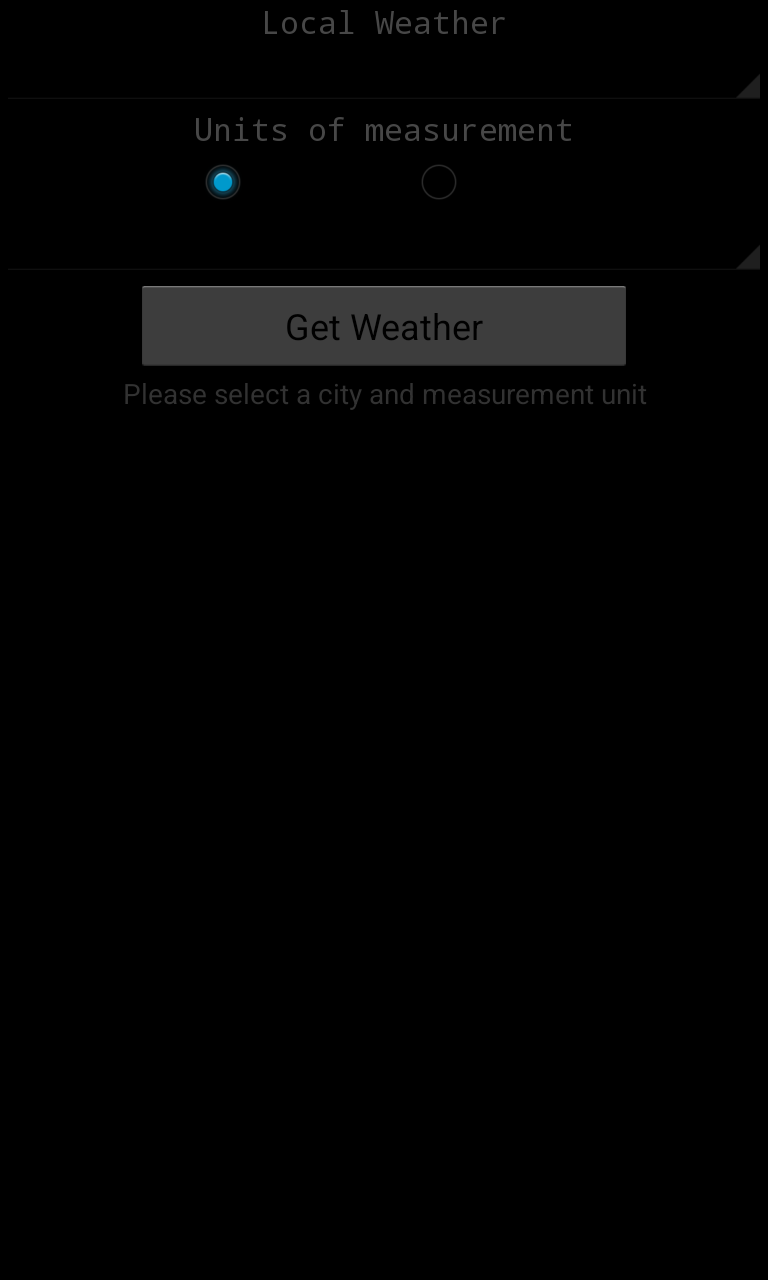
Repository: efreestone/Java1
Layout: Java1Project4/res/layout/activity_main.xml
An editor plug-in stored every save of this project. The layout is shown before and after the next save, followed by the edit.
It is drawn on a 768 x 1280 px phone screen (xhdpi) without system bars, with theme AppTheme; the app's code is not run.

Above is the layout before, as saved 2014-03-26 03:52:38.

### Java1Project4/res/layout/activity_main.xml
<?xml version="1.0" encoding="utf-8"?>
<LinearLayout xmlns:android="http://schemas.android.com/apk/res/android"
    android:id="@+id/parentView"
    android:layout_width="match_parent"
    android:layout_height="match_parent"
    android:orientation="vertical"
    style="@style/backgroundStyle">

    <!-- Top Linear Layout with controls -->
    <!-- <LinearLayout
        android:layout_width="match_parent"
        android:layout_height="wrap_content"
        android:orientation="horizontal"> -->

        <!-- Title -->
        <TextView
            android:layout_width="match_parent"
            android:layout_height="wrap_content"
            android:gravity="center"
            android:text="@string/titleString"
            style="@style/labelStyle"/>

        <!-- City Spinner -->
        <Spinner
            android:id="@+id/citySpinner"
            android:layout_width="match_parent"
            android:layout_height="wrap_content"/>

        <!-- Measurement Title -->
        <TextView
            android:layout_width="match_parent"
            android:layout_height="wrap_content"
            android:gravity="center"
            android:text="@string/measureTitleString"
            style="@style/labelStyle"/>

        <!-- Measurement Radio Buttons -->
        <RadioGroup
            android:id="@+id/tempUnitRadioGroup"
            android:layout_width="wrap_content"
            android:layout_height="wrap_content"
            android:layout_gravity="center"
            android:orientation="horizontal" >

            <RadioButton
                android:id="@+id/fahrenheitRadio"
                android:layout_width="match_parent"
                android:layout_height="wrap_content"
                android:text="@string/fahrenheitString"
                android:checked="true"/>

            <RadioButton
                android:id="@+id/celsiusRadio"
                android:layout_width="match_parent"
                android:layout_height="wrap_content"
                android:text="@string/celsiusString"/>
        </RadioGroup>

        <!-- Current Spinner -->
        <Spinner
            android:id="@+id/currentSpinner"
            android:layout_width="match_parent"
            android:layout_height="wrap_content"
            android:dropDownVerticalOffset="-45dp"
            android:popupBackground="@android:color/darker_gray"/>

        <!-- Get Weather Button -->
        <Button
            android:id="@+id/weatherButton"
            android:layout_width="wrap_content"
            android:layout_height="wrap_content"
            android:layout_gravity="center"
            android:width="250dp"
            android:text="@string/weatherButtonString"/>

	<!-- </LinearLayout> -->

	<!-- Bottom Gridlayout for temp display -->
	<GridLayout
	    android:id="@+id/tempGrid"
	    android:layout_width="match_parent"
	    android:layout_height="wrap_content"
	    android:columnCount="2">

        <!-- Display Temp -->
        <TextView
            android:id="@+id/displayTempView"
            android:layout_width="match_parent"
            android:layout_height="wrap_content"
            android:gravity="center"
            android:text="@string/displayTempString"/>

       <TextView
           android:id="@+id/dayOne"
           android:layout_width="match_parent"
           android:layout_height="wrap_content"/>

       <TextView
           android:id="@+id/tempOne"
           android:layout_width="match_parent"
           android:layout_height="wrap_content"/>

	</GridLayout>

</LinearLayout>

### Java1Project4/res/values-v14/styles.xml
<resources xmlns:android="http://schemas.android.com/apk/res/android">

    <!--
        Base application theme for API 14+. This theme completely replaces
        AppBaseTheme from BOTH res/values/styles.xml and
        res/values-v11/styles.xml on API 14+ devices.
    -->
    <style name="AppBaseTheme" parent="android:Theme.Holo.Light.DarkActionBar"/>

        <!-- Labels -->
        <style name="labelStyle">
            <item name="android:textStyle">normal</item>
            <item name="android:textColor">#474747</item>
            <item name="android:textSize">16sp</item>
            <item name="android:typeface">monospace</item>
        </style>

        <style name="backgroundStyle">
            <item name="android:background">@android:color/background_dark</item>
        </style>


</resources>

### Java1Project4/res/values/strings.xml
<?xml version="1.0" encoding="utf-8"?>
<resources>

    <string name="app_name">Java1Project4</string>
    <string name="action_settings">Settings</string>
    <string name="hello_world">Hello world!</string>

    <!-- Title and button strings -->
    <string name="titleString">Local Weather</string>
    <string name="measureTitleString">Units of measurement</string>
    <string name="weatherButtonString">Get Weather</string>
    <string name="displayTempString">Please select a city and measurement unit</string>

    <!-- Connection Alert strings -->
    <string name="noConnectionTitle">Connection Error</string>
    <string name="noConnectionAlert">This application requires internet access. Please check your network connection and try again.</string>

    <!-- Main URL strings -->
    <string name="mainURLString">http://api.wunderground.com/api/8204b5c9bf753afb/</string>
    <string name="conditionsURLString">conditions/q/</string>
    <string name="forecastURLString">forecast/q/</string>
    <!-- City URL strings -->
    <string name="lovelandString">CO/Loveland.json</string>
    <string name="losAngelesString">CA/Los_Angeles.json</string>
    <string name="newYorkString">NY/New_York.json</string>
    <string name="chicagoString">IL/Chicago.json</string>
    <string name="orlandoString">FL/Orlando.json</string>

    <!-- Radio Button Text -->
    <string name="fahrenheitString">Fahrenheit</string>
    <string name="celsiusString">Celsius</string>

    <!-- Cities array for first spinner -->
    <string-array name="cities_array">
        <item >Loveland</item>
        <item >Los Angeles</item>
        <item >New York</item>
        <item >Chicago</item>
        <item >Orlando</item>
    </string-array>

    <!-- Array for second spinner -->
    <string-array name="current_forecast">
        <item >Current Weather</item>
        <item >3-day Forecast</item>
    </string-array>

    <!-- Weather Icon -->
    <string name="weatherIconAccString">Weather Icon</string>
    <string name="weatherIconURL"></string>
    <string name="weatherProvidedBy">Weather Provided By:</string>

</resources>

Loaded but not shown: Java1Project4/res/values/styles.xml (common file); Java1Project4/res/values-v11/styles.xml (common file)

After the next save:
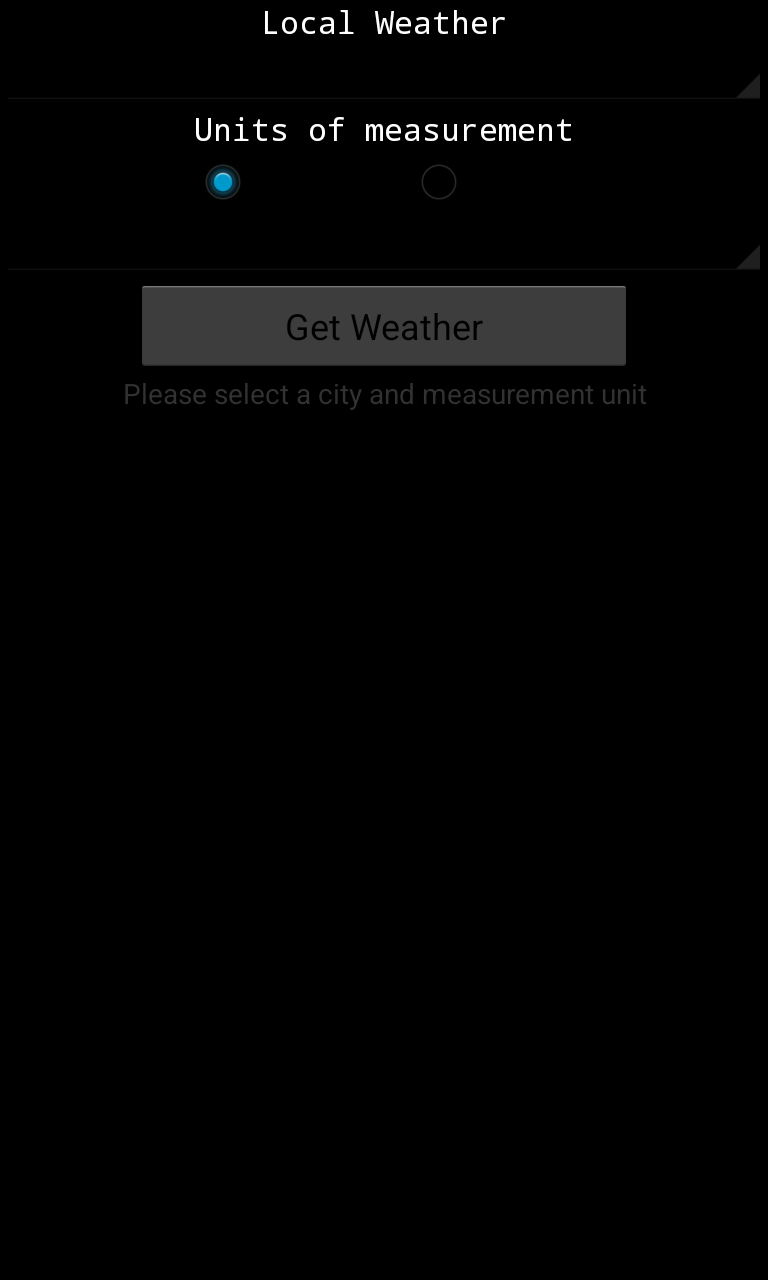
Saved 6 s later.
--- a/Java1Project4/res/values-v14/styles.xml
+++ b/Java1Project4/res/values-v14/styles.xml
@@ -10,7 +10,7 @@
         <!-- Labels -->
         <style name="labelStyle">
             <item name="android:textStyle">normal</item>
-            <item name="android:textColor">#474747</item>
+            <item name="android:textColor">#ffffff</item>
             <item name="android:textSize">16sp</item>
             <item name="android:typeface">monospace</item>
         </style>
